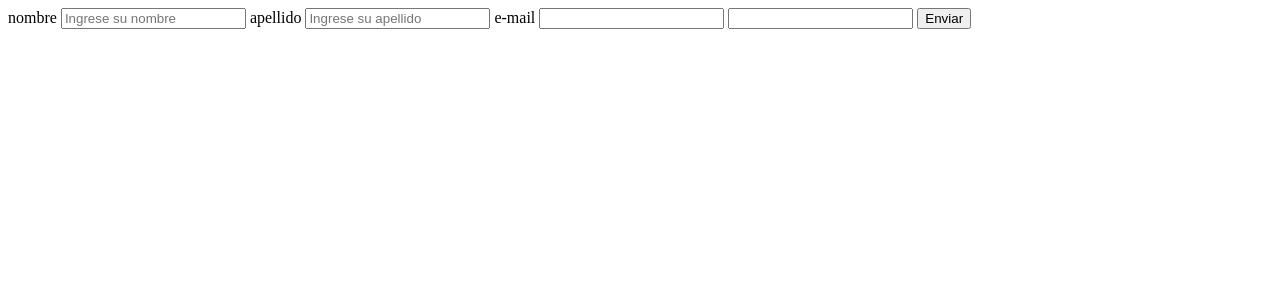
Repository: PabloSebastianPorto/Entrega-CV-1-ARG-PROG
Page: form.html
An editor plug-in stored every save of this project. The page is shown before and after the next save, followed by the edit.
The browser window is 1280 px wide. The pictures show the whole page.

Above is the page before, as saved 2023-01-06 10:49:03.

After the next save:
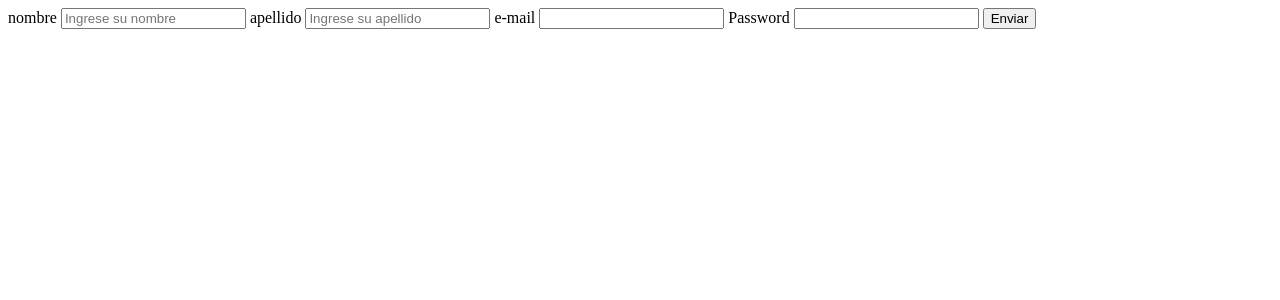
Saved 50 s later.
--- a/form.html
+++ b/form.html
@@ -18,6 +18,7 @@
       />
       <label>e-mail</label>
       <input type="email" name="E-mail" id="" />
+      <label>Password</label>
       <input type="password" name="password" />
       <input type="submit" value="Enviar" />
     </form>
